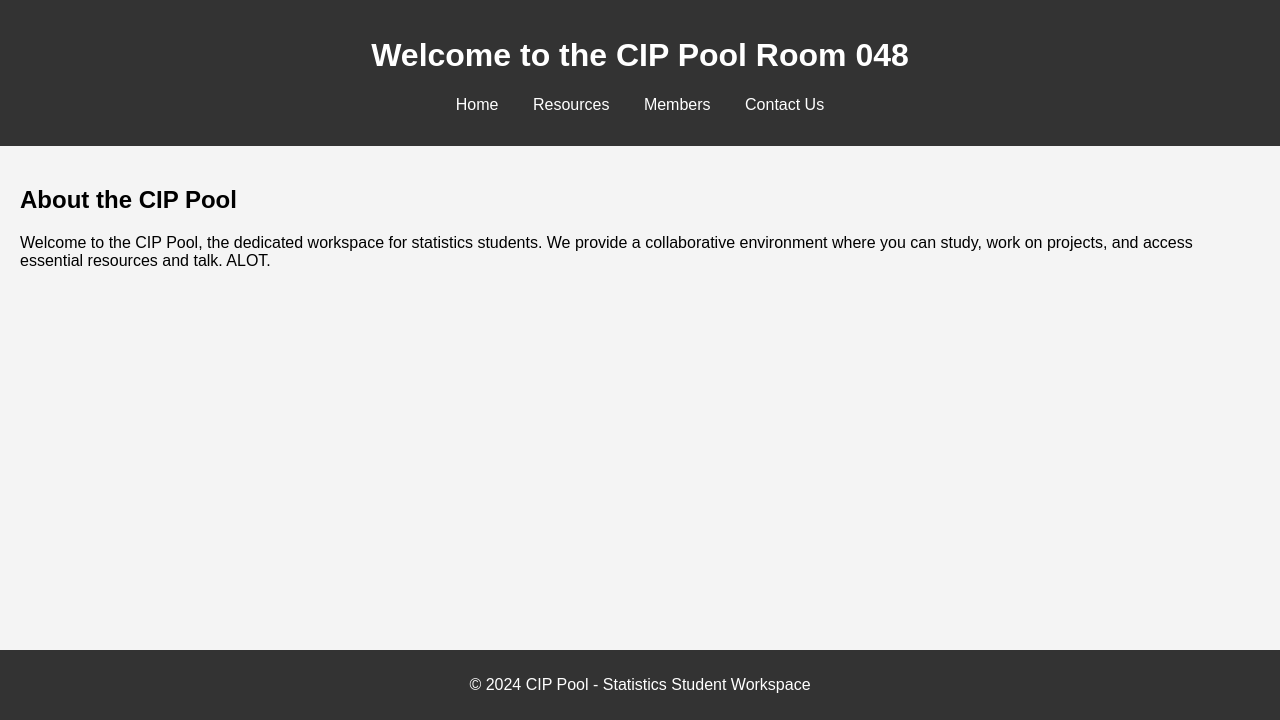
Repository: anjalisarawgi/cip_website
Page: index.html
These files come from the project's save history. The page is drawn as it stood at one moment and after the next save; the edit follows.
The browser window is 1280 px wide. The pictures show the whole page.

Above is the page before, as saved 2024-06-14 12:26:44.

### index.html
<!DOCTYPE html>
<html lang="en">
<head>
    <meta charset="UTF-8">
    <meta name="viewport" content="width=device-width, initial-scale=1.0">
    <title>CIP Pool - Statistics Student Workspace</title>
    <link rel="stylesheet" href="styles.css">
</head>
<body>
    <header>
        <h1>Welcome to the CIP Pool Room 048</h1>
        <nav>
            <ul>
                <li><a href="index.html">Home</a></li>
                <li><a href="resources.html">Resources</a></li>
                <li><a href="members.html">Members</a></li>
                <li><a href="contact.html">Contact Us</a></li>
            </ul>
        </nav>
    </header>
    <main>
        <section>
            <h2>About the CIP Pool</h2>
            <p>Welcome to the CIP Pool, the dedicated workspace for statistics students. We provide a collaborative environment where you can study, work on projects, and access essential resources and talk. ALOT.</p>
        </section>
    </main>
    <footer>
        <p>&copy; 2024 CIP Pool - Statistics Student Workspace</p>
    </footer>
</body>
</html>

### styles.css
body {
    font-family: Arial, sans-serif;
    margin: 0;
    padding: 0;
    background-color: #f4f4f4;
}

header {
    background-color: #333;
    color: white;
    padding: 1em 0;
    text-align: center;
}

nav ul {
    list-style-type: none;
    padding: 0;
}

nav ul li {
    display: inline;
    margin: 0 15px;
}

nav ul li a {
    color: white;
    text-decoration: none;
}

main {
    padding: 20px;
}

footer {
    background-color: #333;
    color: white;
    text-align: center;
    padding: 10px 0;
    position: fixed;
    bottom: 0;
    width: 100%;
}

section {
    margin-bottom: 20px;
}

.member {
    display: flex;
    align-items: center;
    margin-bottom: 20px;
}

.member-photo {
    border-radius: 50%;
    width: 150px;
    height: 150px;
    object-fit: cover;
    margin-bottom: 10px;
}


.member-info {
    display: flex;
    flex-direction: column;
}

.member-info h3 {
    margin: 0;
}

.members-grid {
    display: grid;
    grid-template-columns: repeat(auto-fit, minmax(200px, 1fr));
    gap: 20px;
}

.members-grid .member {
    flex-direction: column;
    align-items: center;
    text-align: center;
}

.members-grid .member-photo {
    width: 150px;
    height: 150px;
    margin-bottom: 10px;
}

.members-grid .member-info {
    align-items: center;
}

After the next save:
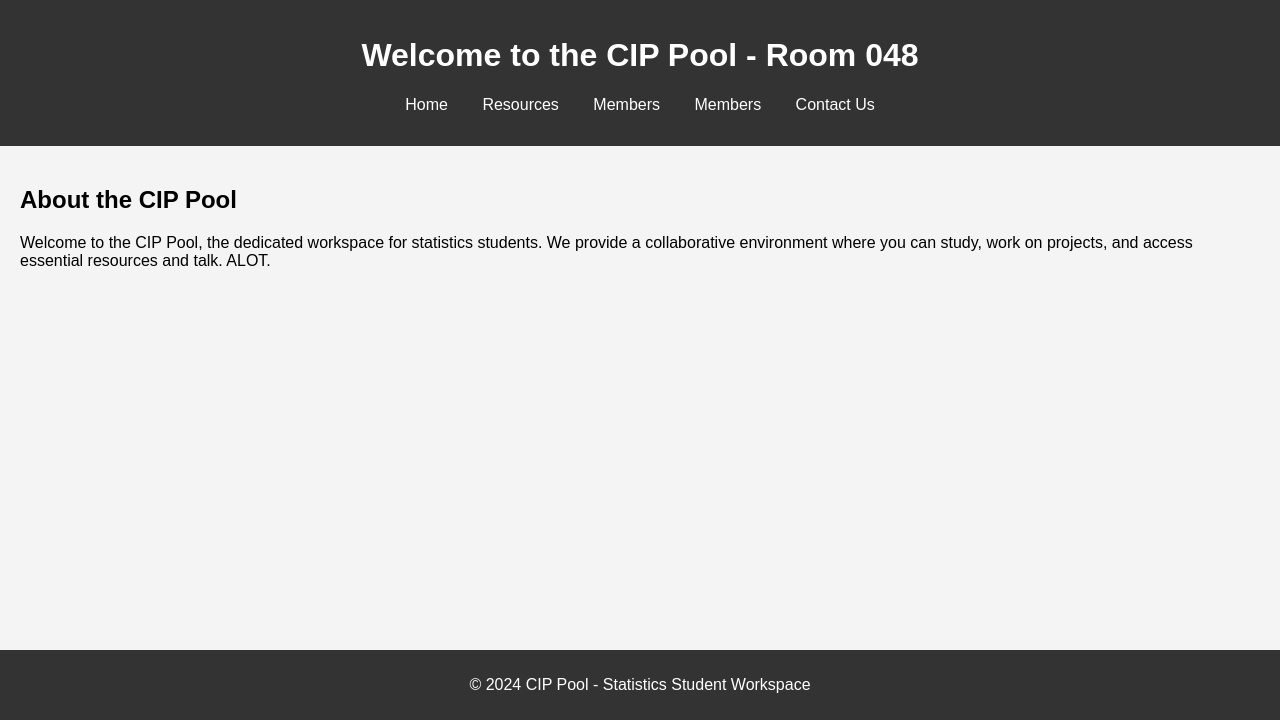
Saved 37 s later.
--- a/index.html
+++ b/index.html
@@ -8,11 +8,12 @@
 </head>
 <body>
     <header>
-        <h1>Welcome to the CIP Pool Room 048</h1>
+        <h1>Welcome to the CIP Pool - Room 048</h1>
         <nav>
             <ul>
                 <li><a href="index.html">Home</a></li>
                 <li><a href="resources.html">Resources</a></li>
+                <li><a href="room_041.html">Members</a></li>
                 <li><a href="members.html">Members</a></li>
                 <li><a href="contact.html">Contact Us</a></li>
             </ul>
